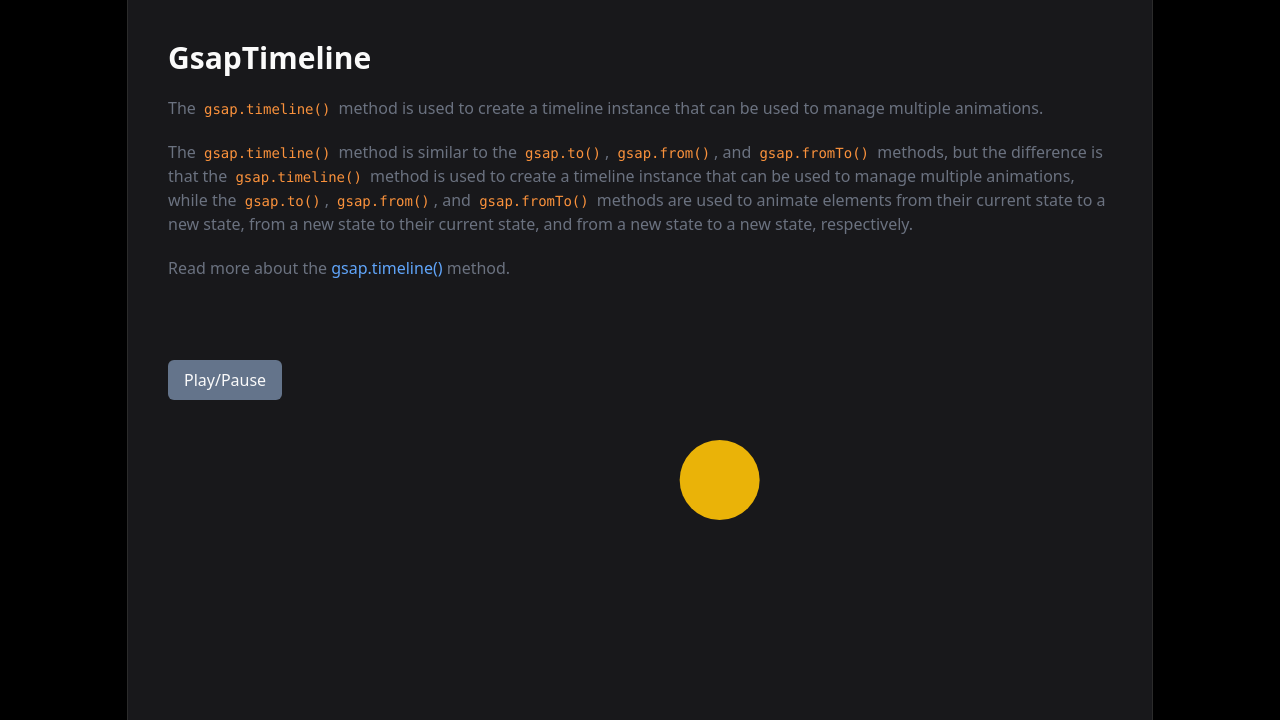
Repository: mgoyeghiaian/gsap-Starter
Page: /gsaptimeline
These files come from the project's save history. The page is drawn as it stood at one moment and after a run of saves; the edit follows.
The browser window is 1280 px wide. The pictures show the whole page.
The project was rebuilt for these pictures with package versions that can differ from the ones it lists, and the page was loaded fresh each time. Also part of the build but not shown: vite.config.js, src/pages/Home.jsx, src/pages/GsapTo.jsx, src/pages/GsapFrom.jsx, src/pages/GsapFromTo.jsx, src/pages/GsapStagger.jsx, src/pages/GsapScrollTrigger.jsx, src/pages/GsapText.jsx.

Above is the page before, as saved 2024-03-17 23:39:01.

### src/pages/GsapTimeline.jsx
import { useGSAP } from "@gsap/react";
import gsap from "gsap";

const GsapTimeline = () => {
  // TODO: Implement the gsap timeline
  const timeline = gsap.timeline({
    repeat: -1, repeatDelay: 1, yoyo: true,
  })
  useGSAP(() => {
    timeline.to('#yellow-box', {
      x: 250,
      rotation: 360,
      borderRadius: '100%',
      duration: 2,
      ease: 'back.inOut',
    })
    timeline.to('#yellow-box', {
      x: 500,
      rotation: 360,
      borderRadius: '100%',
      duration: 2,
      ease: 'back.inOut',
    })
  }, [])
  return (
    <main>
      <h1>GsapTimeline</h1>

      <p className="mt-5 text-gray-500">
        The <code>gsap.timeline()</code> method is used to create a timeline
        instance that can be used to manage multiple animations.
      </p>

      <p className="mt-5 text-gray-500">
        The <code>gsap.timeline()</code> method is similar to the{" "}
        <code>gsap.to()</code>, <code>gsap.from()</code>, and{" "}
        <code>gsap.fromTo()</code> methods, but the difference is that the{" "}
        <code>gsap.timeline()</code> method is used to create a timeline
        instance that can be used to manage multiple animations, while the{" "}
        <code>gsap.to()</code>, <code>gsap.from()</code>, and{" "}
        <code>gsap.fromTo()</code> methods are used to animate elements from
        their current state to a new state, from a new state to their current
        state, and from a new state to a new state, respectively.
      </p>

      <p className="mt-5 text-gray-500">
        Read more about the{" "}
        <a
          href="https://greensock.com/docs/v3/GSAP/gsap.timeline()"
          target="_blank"
          rel="noreferrer noopener nofollow"
        >
          gsap.timeline()
        </a>{" "}
        method.
      </p>

      <div className="mt-20 space-y-10">
        <button onClick={() => { }}>Play/Pause</button>

        <div id="yellow-box" className="w-20 h-20 bg-yellow-500 rounded-lg" />
      </div>
    </main>
  );
};

export default GsapTimeline;

Loaded but not shown: index.html (common file); src/main.jsx (common file); src/App.jsx (common file); src/index.css (common file); src/pages/index.jsx (common file); tailwind.config.js (common file)

After the next 2 saves:
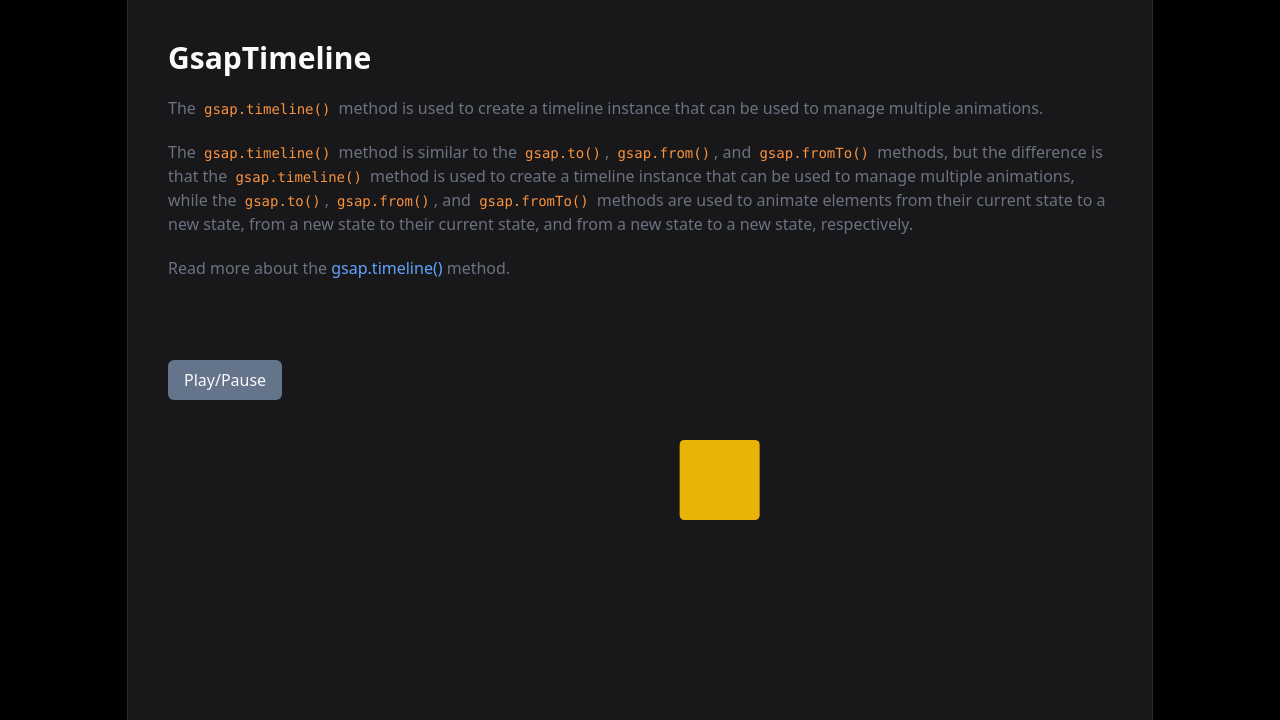
The 2 saves are shown as one change because they came seconds apart.
The last was saved 12 s later.
--- a/src/pages/GsapTimeline.jsx
+++ b/src/pages/GsapTimeline.jsx
@@ -17,7 +17,7 @@
     timeline.to('#yellow-box', {
       x: 500,
       rotation: 360,
-      borderRadius: '100%',
+      borderRadius: '8px',
       duration: 2,
       ease: 'back.inOut',
     })
